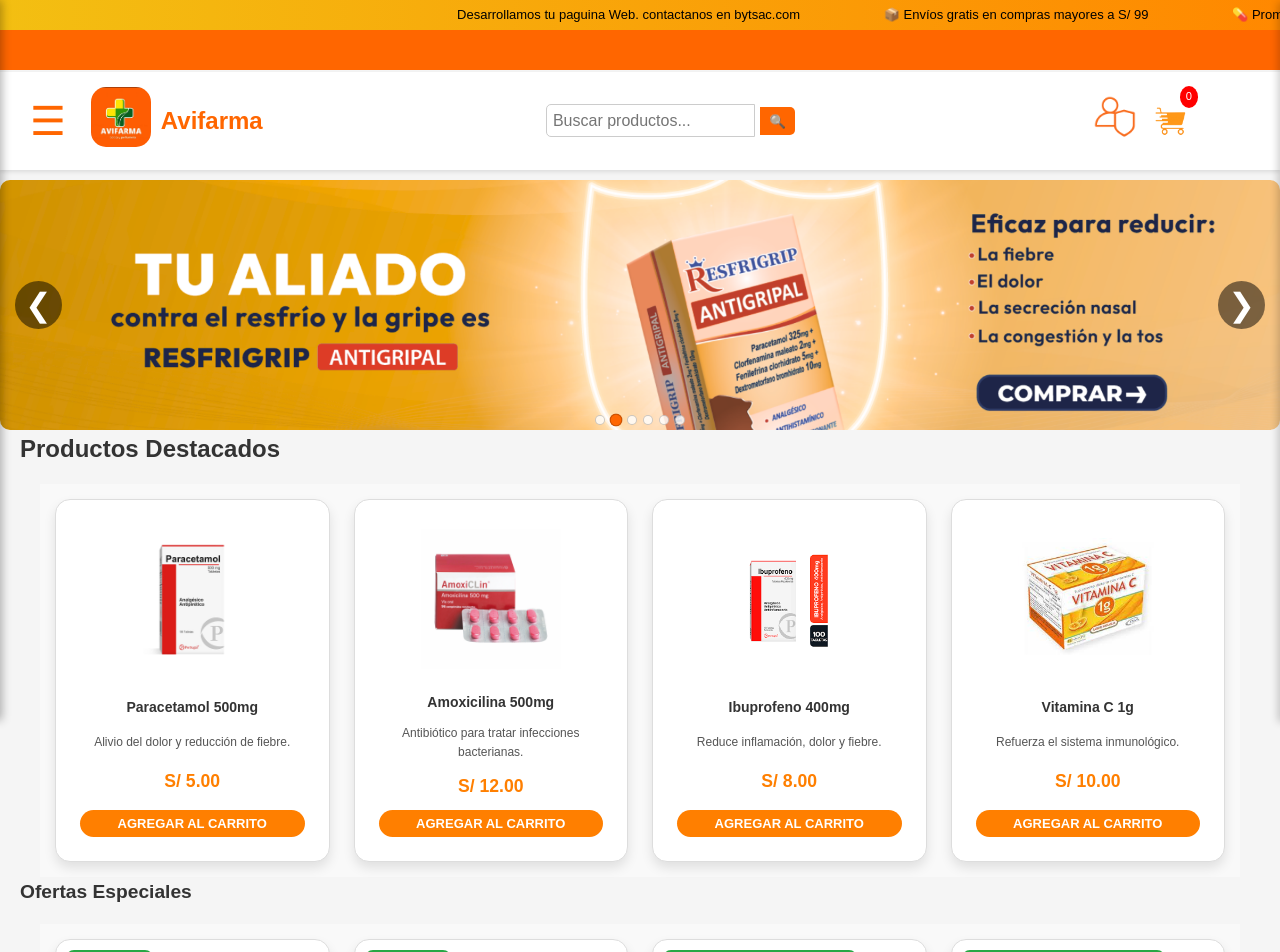
Repository: AVH75/avifarma-tienda
Page: index.html
The author's editor kept a copy of each file at every save. The page is drawn from the files as they stood at one save, then again after the next save.
The browser window is 1280 px wide. The pictures show the part of the page from y = 0 to 952 px (the page is 2764 px tall before and 1452 px after).
A picture or video elsewhere on the page could not be fetched, so the positions and the page height are approximate.

Above is the page before, as saved 2025-09-22 21:57:48.

After the next save:
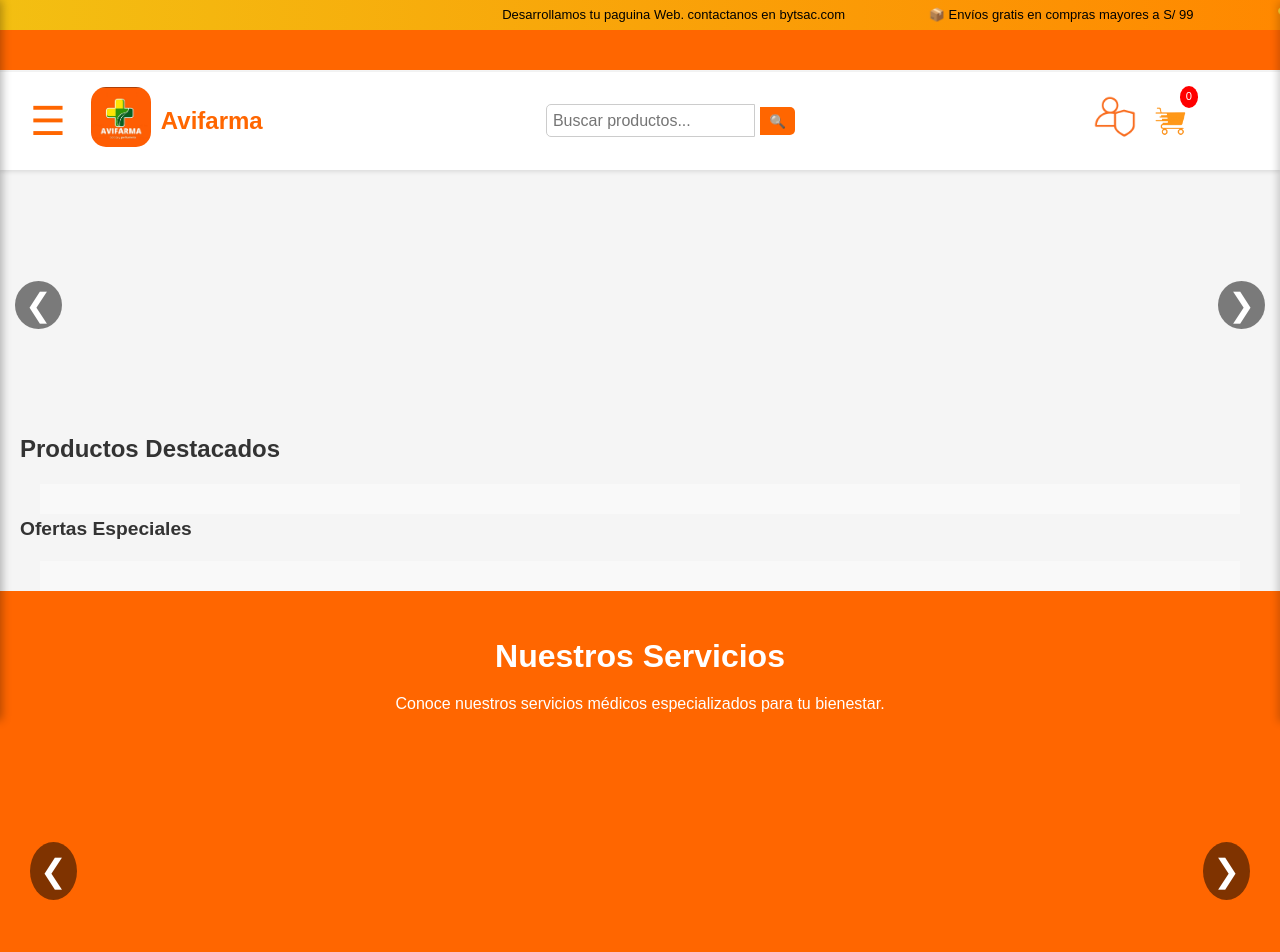
Saved 6 min 9 s later.
--- a/js/render-catalogo.js
+++ b/js/render-catalogo.js
@@ -362,6 +362,33 @@
     updateCarousel();
 }
 
+// =========================
+// CATEGORÍAS
+// =========================
+function mostrarCategorias(categorias) {
+    const menu = document.getElementById("menu-categorias");
+    if (!menu) return;
+
+    menu.innerHTML = "";
+
+    categorias.forEach(cat => {
+        const li = document.createElement("li");
+        li.textContent = cat.nombre;
+
+        if (cat.subcategorias && cat.subcategorias.length > 0) {
+            const ulSub = document.createElement("ul");
+            cat.subcategorias.forEach(sub => {
+                const subLi = document.createElement("li");
+                subLi.textContent = sub;
+                ulSub.appendChild(subLi);
+            });
+            li.appendChild(ulSub);
+        }
+
+        menu.appendChild(li);
+    });
+}
+
 
 // =========================
 // Carga del JSON y Renderizado
@@ -369,11 +396,14 @@
 fetch("./productos.json")
     .then(res => res.json())
     .then(data => {
+      mostrarTopBar(data);                       // 🔹 Top bar
+        mostrarCategorias(data.categorias);        // 🔹 Menú de categorías
+
         mostrarItems(data.productos, "productos-grid", "producto");
         mostrarItems(data.ofertas, "ofertas-grid", "oferta");
         mostrarItems(data.novedades, "novedades-grid", "novedad");
-        mostrarCarruselBanners(data.BannerCarrusel);  // Llamada para los banners
-        mostrarCarruselServicios(data.servicios);  // Llamada para los servicios
+        mostrarCarruselBanners(data.BannerCarrusel);
+        mostrarCarruselServicios(data.servicios);
     })
     .catch(err => {
         console.error("❌ Error al cargar JSON:", err);
